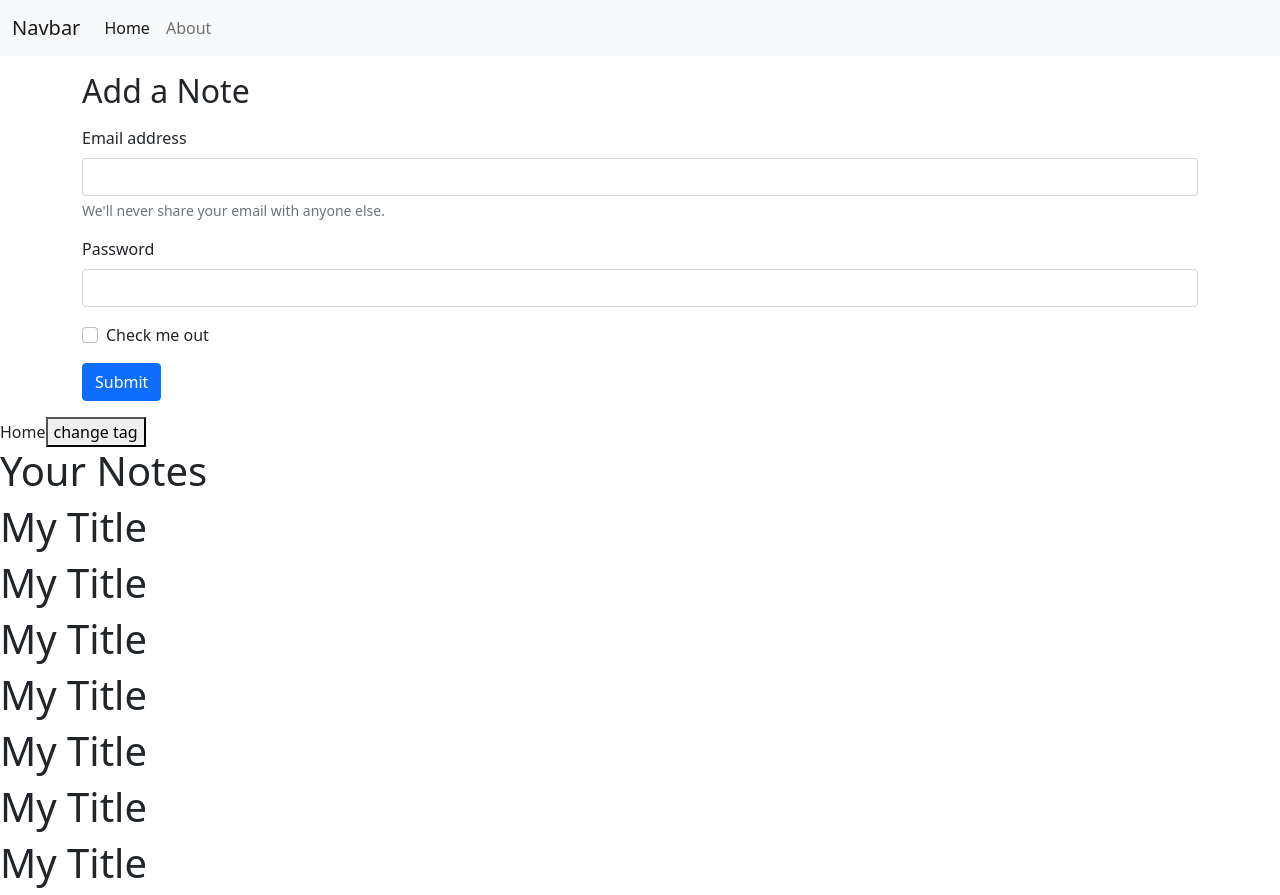
Repository: Asad-devv/inotebook-mern
Page: /
The author's editor kept a copy of each file at every save. The page is drawn from the files as they stood at one save, then again after a run of saves.
The browser window is 1280 px wide. The pictures show the whole page.
The project was rebuilt for these pictures with package versions that can differ from the ones it lists, and the page was loaded fresh each time. Also part of the build but not shown: vite.config.js, src/components/About.jsx.

Above is the page before, as saved 2023-04-14 00:17:09.

After the next 2 saves:
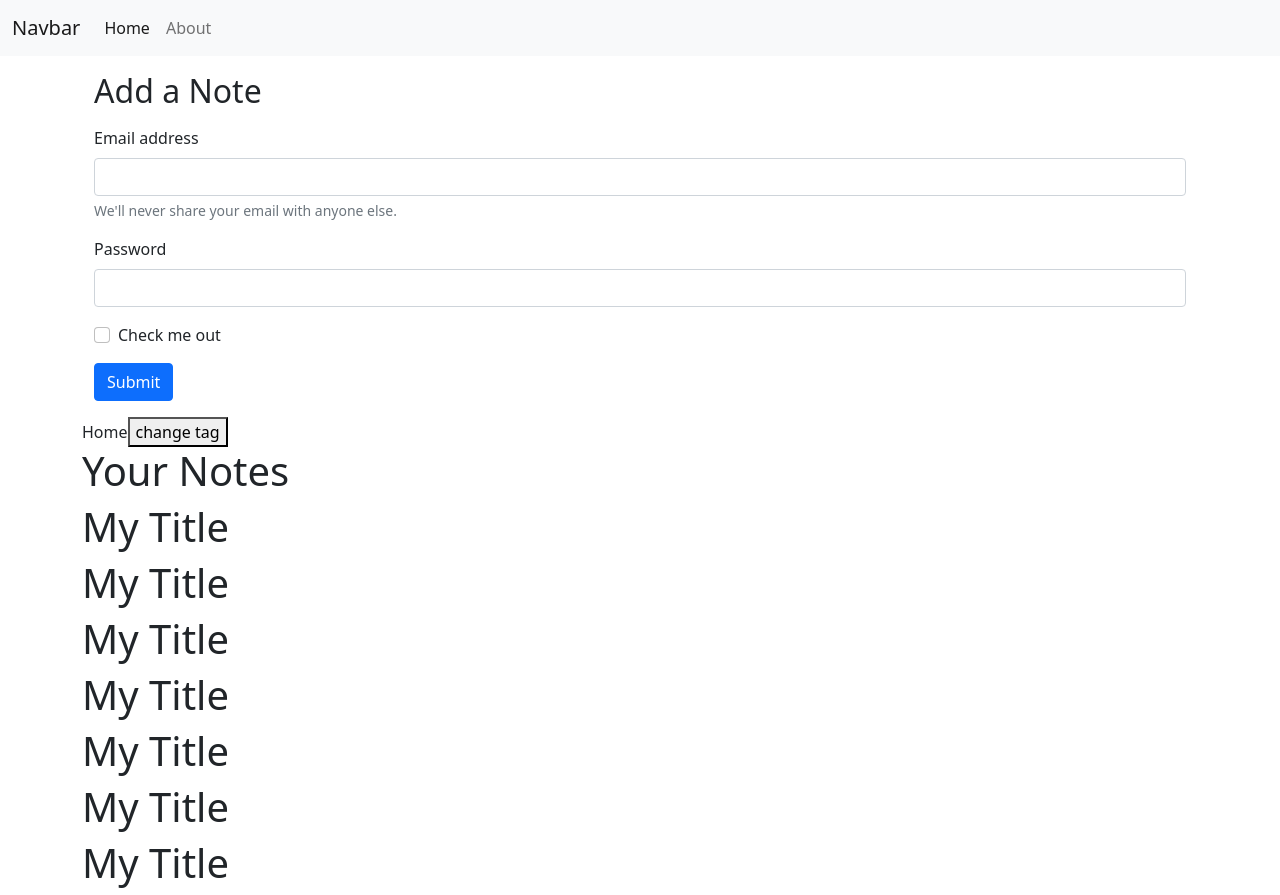
The 2 saves are shown as one change because 1 did not build or start.
The last was saved 13 s later.
--- a/src/App.jsx
+++ b/src/App.jsx
@@ -13,12 +13,12 @@ function App() {
   return (
       <>
       <Navbar/>
-      <div className="container"></div>
+      <div className="container">
       <Routes>
       <Route path="/" element={<Home />} />
       <Route path="/about" element={<About />} />
       </Routes>
-
+      </div>
 
     </>
   );
